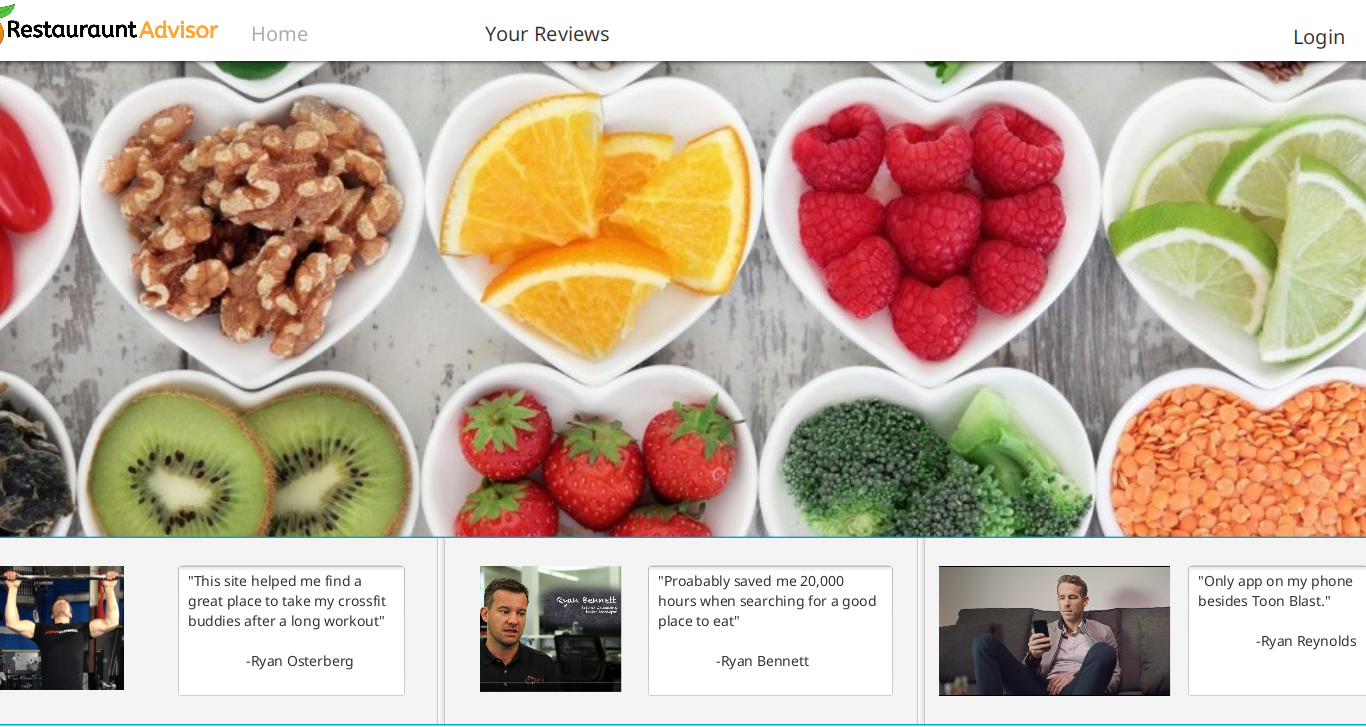
Repository: 19kima/RestaurantAdvisor
Program's window: java DSFinal2.0/src/application/Main.java
An editor plug-in stored every save of this project. The program's window is shown before and after the next save, followed by the edit.
It runs on Java 21 on a 1366 x 768 screen with JavaFX 11; the title bar is not drawn. Parts beyond the screen are cut off. It also reads DSFinal2.0/src/images/20000hours.JPG, DSFinal2.0/src/images/FitBoi.jpg, DSFinal2.0/src/images/Reynolds.jpg, DSFinal2.0/src/images/logo.png, DSFinal2.0/src/images/mmmmmyberries.jpg.

Above is the program's window before, as saved 2018-11-15 02:39:44.

### DSFinal2.0/src/application/Main.java
package application;

import javafx.application.Application;
import javafx.fxml.FXMLLoader;
import javafx.stage.Stage;
import javafx.scene.Parent;
import javafx.scene.Scene;


public class Main extends Application {
	private static boolean Loggedin;
	@Override
	public void start(Stage primaryStage) throws Exception {
		primaryStage.setTitle("Landing Page");
		FXMLLoader loader = new FXMLLoader(getClass().getResource("/views/HomeView.fxml"));
        Parent root = loader.load();
        Scene scene = new Scene(root);
        primaryStage.setScene(scene);
        primaryStage.show();
	}

	public static void main(String[] args) {
		setLoggedin(false);
		launch(args);
	}

	public static boolean isLoggedin() {
		return Loggedin;
	}

	public static void setLoggedin(boolean loggedin) {
		Loggedin = loggedin;
	}
}

### DSFinal2.0/src/controllers/HomeViewController.java
package controllers;

import java.net.URL;
import java.util.ResourceBundle;

import application.Main;
import javafx.event.ActionEvent;
import javafx.fxml.FXML;
import javafx.fxml.FXMLLoader;
import javafx.scene.Node;
import javafx.scene.Parent;
import javafx.scene.Scene;
import javafx.scene.control.Button;
import javafx.scene.control.TextField;
import javafx.scene.layout.AnchorPane;
import javafx.stage.Stage;


public class HomeViewController {

    @FXML
    private ResourceBundle resources;

    @FXML
    private URL location;

    @FXML
    private Button Restaurants;

    @FXML
    private Button Search;

    @FXML
    private Button Login;

    @FXML
    private TextField SearchText;

    @FXML
    private Button YourReviews;


    @FXML
    void Home(ActionEvent event) {
    }

    @FXML
    void Login(ActionEvent event) throws Exception {
    	Parent newView = (AnchorPane) FXMLLoader.load(getClass().getResource("/views/LoginView.fxml"));
		Scene newScene = new Scene(newView);
		Stage mainWindow = (Stage) ((Node) event.getSource()).getScene().getWindow();
		mainWindow.setScene(newScene);
    }

    @FXML
    void Restaurants(ActionEvent event) throws Exception {
    	Parent newView = (AnchorPane) FXMLLoader.load(getClass().getResource("/views/ResultsView.fxml"));
		Scene newScene = new Scene(newView);
		Stage mainWindow = (Stage) ((Node) event.getSource()).getScene().getWindow();
		mainWindow.setScene(newScene);
    }

    @FXML
    void Search(ActionEvent event) throws Exception {
    	Parent newView = (AnchorPane) FXMLLoader.load(getClass().getResource("/views/ResultsView.fxml"));
		Scene newScene = new Scene(newView);
		Stage mainWindow = (Stage) ((Node) event.getSource()).getScene().getWindow();
		mainWindow.setScene(newScene);
    }

    @FXML
    void YourReviews(ActionEvent event) throws Exception {
    	Parent newView = (AnchorPane) FXMLLoader.load(getClass().getResource("/views/YourReviewsView.fxml"));
		Scene newScene = new Scene(newView);
		Stage mainWindow = (Stage) ((Node) event.getSource()).getScene().getWindow();
		mainWindow.setScene(newScene);
    }

    @FXML
    void initialize() {
        assert Search != null : "fx:id=\"Search\" was not injected: check your FXML file 'HomeView.fxml'.";
        assert SearchText != null : "fx:id=\"SearchText\" was not injected: check your FXML file 'HomeView.fxml'.";
        assert Restaurants != null : "fx:id=\"Restaurants\" was not injected: check your FXML file 'HomeView.fxml'.";
        assert YourReviews != null : "fx:id=\"YourReviews\" was not injected: check your FXML file 'HomeView.fxml'.";
        assert Login != null : "fx:id=\"Login\" was not injected: check your FXML file 'HomeView.fxml'.";
        System.out.println(Main.isLoggedin());
        if (Main.isLoggedin()) {
        	Login.setText("John Doe");
        } else {
        	Restaurants.setText("");
        }
    }
}

### DSFinal2.0/src/views/HomeView.fxml
<?xml version="1.0" encoding="UTF-8"?>

<?import java.lang.*?>
<?import java.net.*?>
<?import javafx.scene.control.*?>
<?import javafx.scene.effect.*?>
<?import javafx.scene.image.*?>
<?import javafx.scene.layout.*?>
<?import javafx.scene.layout.AnchorPane?>

<AnchorPane prefHeight="727.0" prefWidth="1380.0" xmlns:fx="http://javafx.com/fxml/1" xmlns="http://javafx.com/javafx/2.2" fx:controller="controllers.HomeViewController">
  <!-- TODO Add Nodes -->
  <children>
    <AnchorPane prefHeight="363.0" prefWidth="1440.0000061035157" AnchorPane.leftAnchor="0.0" AnchorPane.rightAnchor="0.0" AnchorPane.topAnchor="60.0">
      <children>
        <ImageView fitHeight="562.125" fitWidth="1439.0399744970873" pickOnBounds="true" preserveRatio="true" AnchorPane.leftAnchor="1.0" AnchorPane.rightAnchor="-0.04" AnchorPane.topAnchor="0.0">
          <image>
            <Image url="@../images/mmmmmyberries.jpg" />
          </image>
        </ImageView>
        <TextField fx:id="SearchText" layoutX="239.0" layoutY="333.0" prefHeight="50.0" prefWidth="800.0" promptText="Search By Restaurant Name" style="-fx-border-radius: 25px 0px 0px 25px;&#10;-fx-background-radius: 25px 0px 0px 25px;&#10;-fx-font-size: 20px;" visible="false" />
        <Button fx:id="Search" layoutX="1039.0" layoutY="333.0" mnemonicParsing="false" onAction="#Search" prefHeight="50.0" prefWidth="163.0" style="-fx-border-radius: 0px 25px 25px 0px;&#10;-fx-background-radius: 0px 25px 25px 0px;" text="Search" visible="false" />
        <SplitPane dividerPositions="0.33240613879854414, 0.6662030982615172" focusTraversable="true" prefHeight="188.0" prefWidth="-1.0" AnchorPane.leftAnchor="0.0" AnchorPane.rightAnchor="0.0" AnchorPane.topAnchor="477.0">
          <items>
            <AnchorPane minHeight="0.0" minWidth="0.0" prefHeight="160.0" prefWidth="100.0">
              <children>
                <TextArea layoutX="215.0" layoutY="28.0" prefHeight="130.0" prefWidth="227.0" text="&quot;This site helped me find a great place to take my crossfit buddies after a long workout&quot;&#10;&#10;&#9;&#9;-Ryan Osterberg" wrapText="true" />
                <ImageView fitHeight="124.0" fitWidth="124.0" layoutX="37.0" layoutY="28.0" pickOnBounds="true" preserveRatio="true">
                  <image>
                    <Image url="@../images/FitBoi.jpg" />
                  </image>
                </ImageView>
              </children>
            </AnchorPane>
            <AnchorPane prefHeight="200.0" prefWidth="200.0">
              <children>
                <TextArea layoutX="203.0" layoutY="28.0" prefHeight="130.0" prefWidth="245.0" text="&quot;Proabably saved me 20,000 hours when searching for a good place to eat&quot;&#10;&#10;&#9;&#9;-Ryan Bennett" wrapText="true" />
                <ImageView fitHeight="125.90256718861849" fitWidth="141.22218322753906" layoutX="35.0" layoutY="28.0" pickOnBounds="true" preserveRatio="true">
                  <image>
                    <Image url="@../images/20000hours.JPG" />
                  </image>
                </ImageView>
              </children>
            </AnchorPane>
            <AnchorPane minHeight="0.0" minWidth="0.0" prefHeight="160.0" prefWidth="100.0">
              <children>
                <TextArea layoutX="263.0" layoutY="28.0" prefHeight="130.0" prefWidth="181.0" text="&quot;Only app on my phone besides Toon Blast.&quot;&#10;&#10;&#9;&#9;-Ryan Reynolds" wrapText="true" />
                <ImageView fitHeight="129.9999771118164" fitWidth="231.11107319557505" layoutX="14.0" layoutY="28.0" pickOnBounds="true" preserveRatio="true">
                  <image>
                    <Image url="@../images/Reynolds.jpg" />
                  </image>
                </ImageView>
              </children>
            </AnchorPane>
          </items>
        </SplitPane>
      </children>
      <stylesheets>
        <URL value="@../css/Tangerine.css" />
      </stylesheets>
    </AnchorPane>
    <AnchorPane prefHeight="60.0" prefWidth="200.0" style="-fx-background-color: white;" AnchorPane.leftAnchor="0.0" AnchorPane.rightAnchor="0.0" AnchorPane.topAnchor="0.0">
      <children>
        <ImageView fitHeight="59.82856750488281" fitWidth="261.74997712816696" layoutX="0.0" pickOnBounds="true" preserveRatio="true" AnchorPane.bottomAnchor="1.0">
          <image>
            <Image url="@../images/logo.png" />
          </image>
        </ImageView>
        <Button fx:id="Login" mnemonicParsing="false" onAction="#Login" prefHeight="35.0" prefWidth="124.00000005960464" text="Login" AnchorPane.rightAnchor="20.0" AnchorPane.topAnchor="15.0" />
        <Button fx:id="Restaurants" layoutX="372.0" layoutY="12.0" mnemonicParsing="false" onAction="#Restaurants" prefHeight="35.0" prefWidth="141.22216796875" text="Restaurants" />
        <Button fx:id="YourReviews" layoutX="504.0" layoutY="12.0" mnemonicParsing="false" onAction="#YourReviews" prefHeight="35.0" prefWidth="163.0" text="Your Reviews" />
        <Button disable="true" layoutX="262.0" layoutY="12.0" mnemonicParsing="false" onAction="#Home" prefHeight="35.0" prefWidth="110.0" text="Home" />
      </children>
      <effect>
        <DropShadow height="30.0" radius="7.0" width="0.0" />
      </effect>
      <stylesheets>
        <URL value="@../css/NavBar.css" />
      </stylesheets>
    </AnchorPane>
  </children>
</AnchorPane>

### DSFinal2.0/src/css/Tangerine.css
.text {
	-fx-font-family: Actor;
	-fx-fill: black;
}
.button {
	-fx-background-color: #ffa834;
	-fx-font-size: 20px;
}
.button:hover {
	-fx-background-color: white;
	-fx-border-color: #ffa834;
	-fx-border-width: 2px;
	-fx-border-radius: 5px, 5px, 4px, 3px;
	-fx-border-insets: 0px 0px-1px 0px, 0px, 1px, 2px;
}
.button:hover .text {
	-fx-font-family: Actor;
	-fx-fill: #ffa834;
}
.text-field {
	-fx-border-radius: 200;
}
.text-area {
	-fx-font-family: Actor;
	-fx-font-size: 14px;
	-fx-border-width: 0px;
	-fx-border-color: white;
}

### DSFinal2.0/src/css/NavBar.css
.button {
	-fx-background-color: white;
	-fx-font-size: 20px;
	-fx-font-family: Actor;
}
.button:hover .text {
	-fx-fill: grey;
}

After the next save:
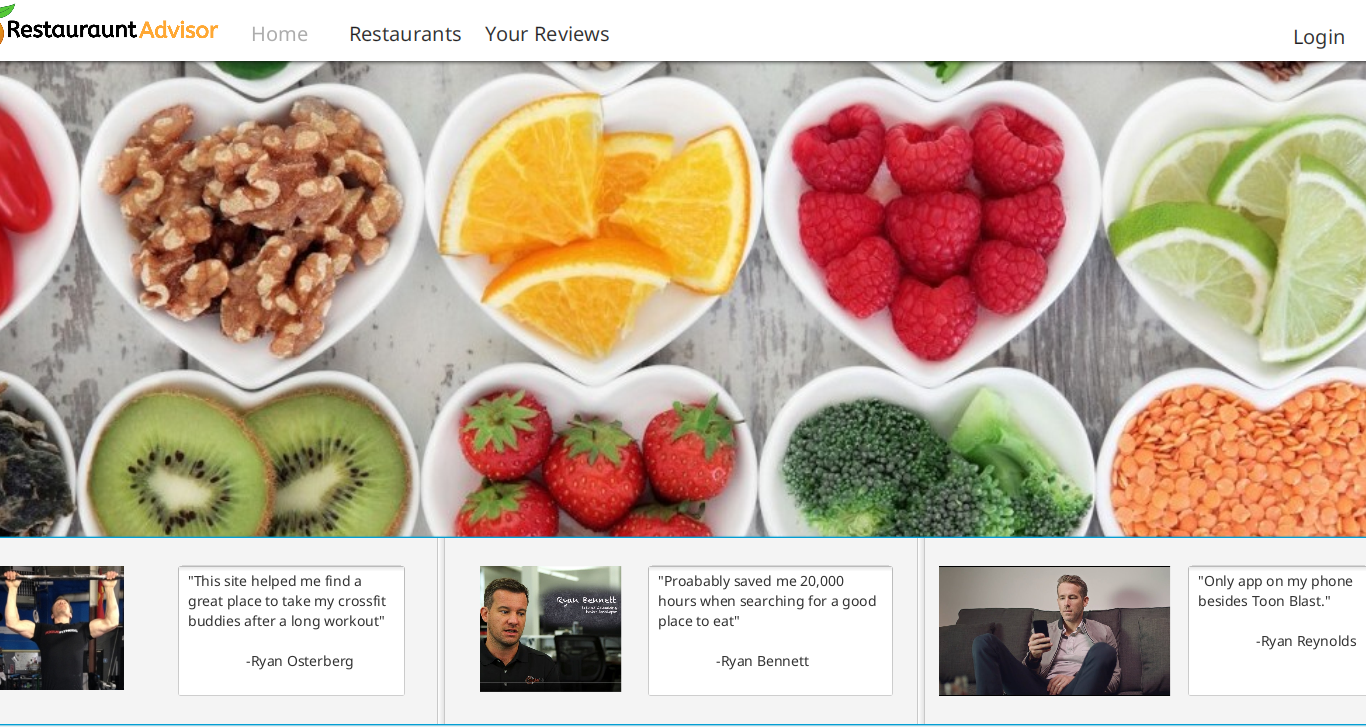
Saved 2 min 24 s later.
--- a/DSFinal2.0/src/controllers/HomeViewController.java
+++ b/DSFinal2.0/src/controllers/HomeViewController.java
@@ -87,7 +87,7 @@
         if (Main.isLoggedin()) {
         	Login.setText("John Doe");
         } else {
-        	Restaurants.setText("");
+        	//Restaurants.setText("");
         }
     }
 }

After the save that followed:
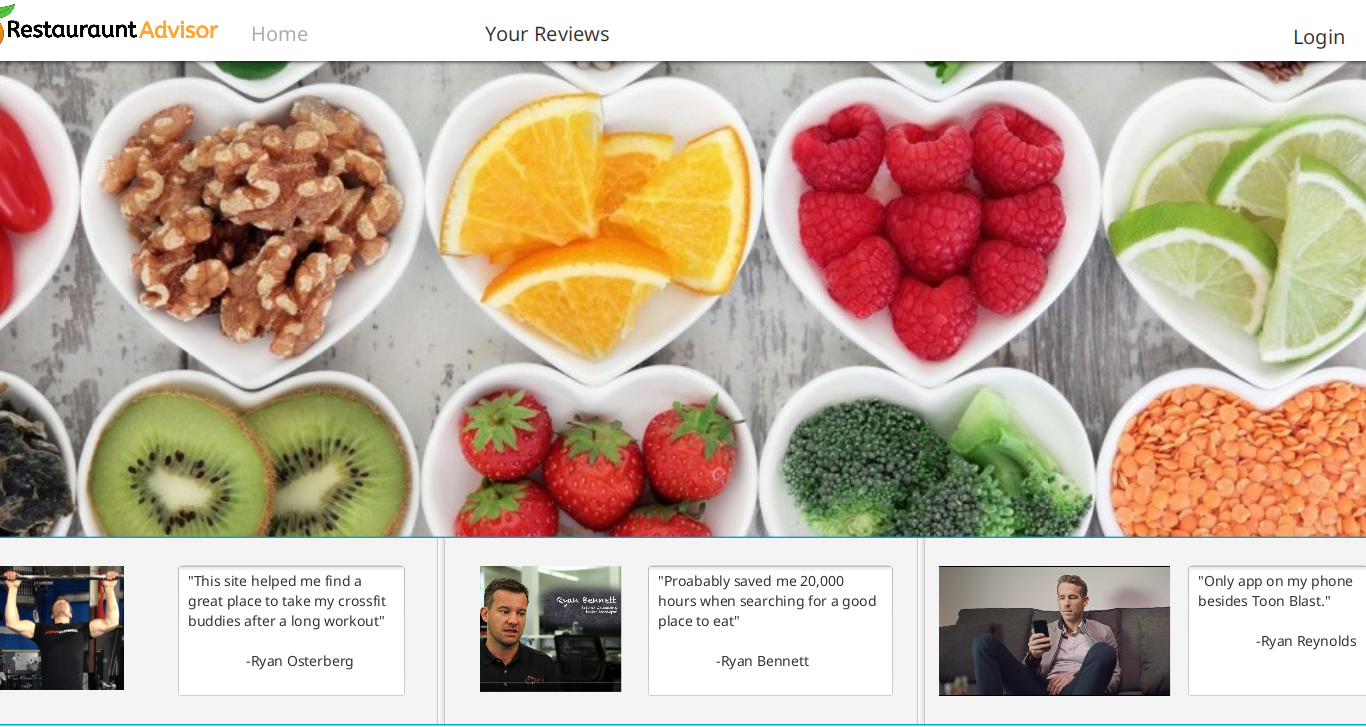
Saved 17 s later.
--- a/DSFinal2.0/src/controllers/HomeViewController.java
+++ b/DSFinal2.0/src/controllers/HomeViewController.java
@@ -87,7 +87,7 @@
         if (Main.isLoggedin()) {
         	Login.setText("John Doe");
         } else {
-        	//Restaurants.setText("");
+        	Restaurants.setText("");
         }
     }
 }
